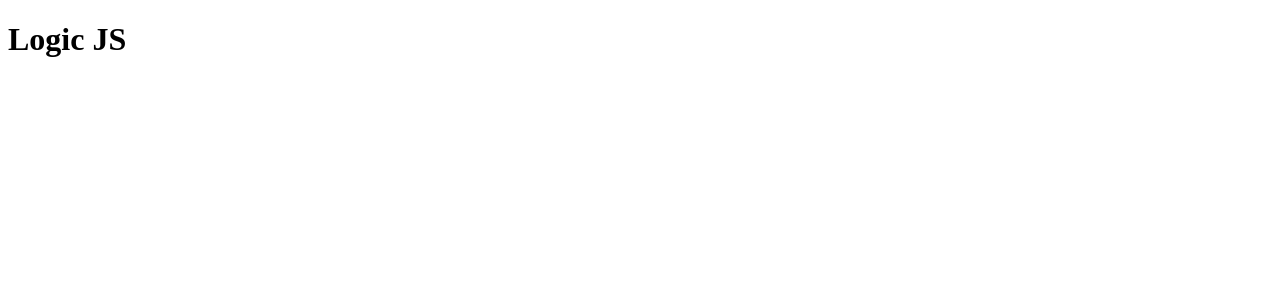
Repository: SharonSebastian32/food-search-filter-
Page: index.html
The author's editor kept a copy of each file at every save. The page is drawn from the files as they stood at one save, then again after the next save.
The browser window is 1280 px wide. The pictures show the whole page.

Above is the page before, as saved 2024-10-11 10:12:58.
Console error: ReferenceError: userContent is not defined

### index.html
<!DOCTYPE html>
<html lang="en">
  <head>
    <meta charset="UTF-8" />
    <meta name="viewport" content="width=device-width, initial-scale=1.0" />
    <title>Document</title>
  </head>
  <body>
    <h1>Logic JS</h1>

    <div id="root"></div>

    <script src="./index.js"></script>
  </body>
</html>

### index.js
var users = [
  { id: 1, name: "Alice", age: 28 },
  { id: 2, name: "Bob", age: 32 },
  { id: 3, name: "Charlie", age: 25 },
  { id: 4, name: "Diana", age: 30 },
];

const userContainer = document.getElementById("root");

let clutter = "";

users.forEach(function (user) {
  clutter += `<p>${user.name} - Age: ${user.age}</p>`;
});

userContainer.innerHTML = userContent;

After the next save:
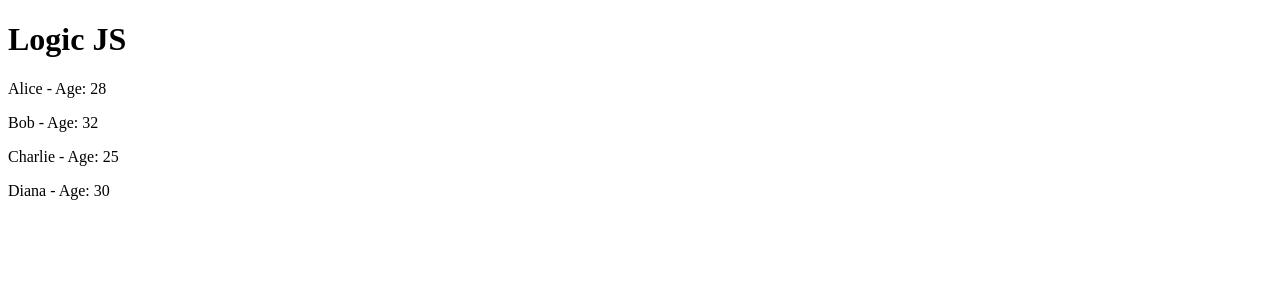
The error is gone.
Saved 19 s later.
--- a/index.js
+++ b/index.js
@@ -13,4 +13,4 @@ users.forEach(function (user) {
   clutter += `<p>${user.name} - Age: ${user.age}</p>`;
 });
 
-userContainer.innerHTML = userContent;
+userContainer.innerHTML = clutter;
